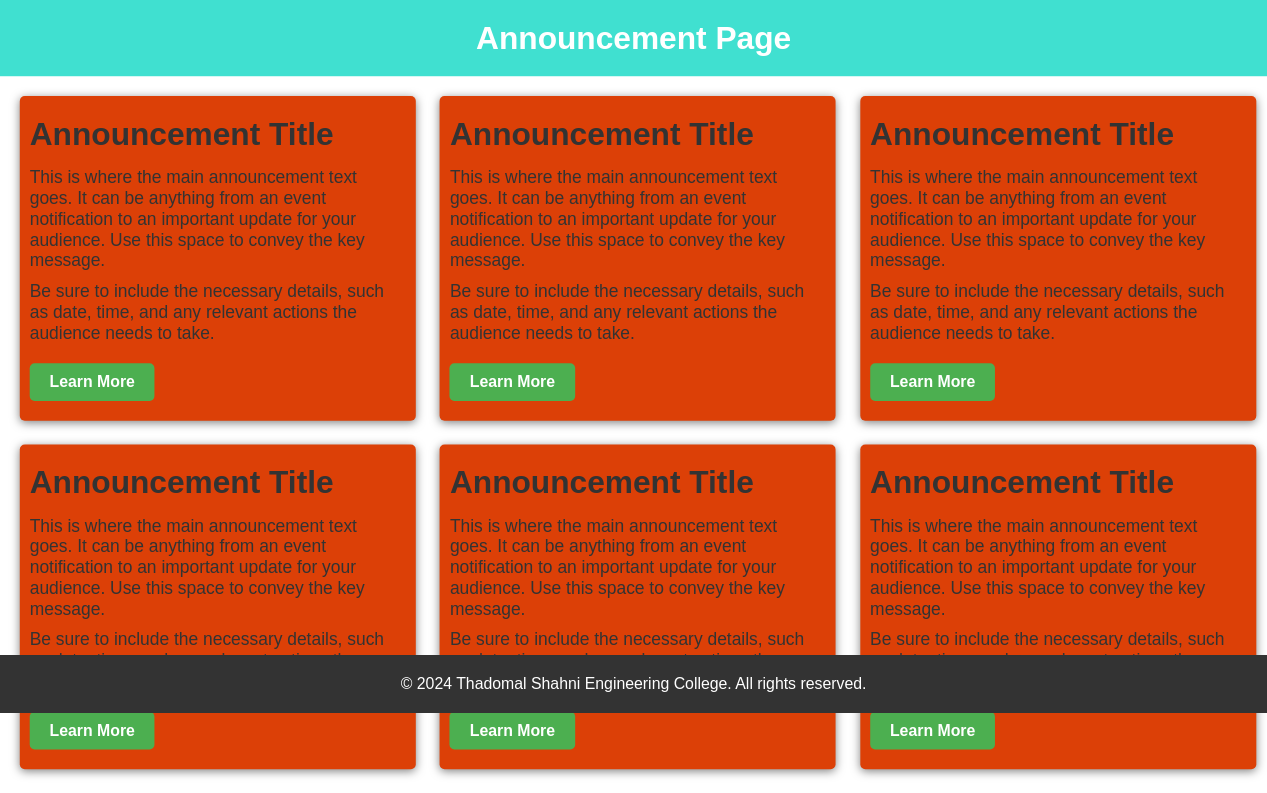
Repository: TejasS1233/MINITHON-hackathon-project
Page: annoucementpage.html
An editor plug-in stored every save of this project. The page is shown before and after the next save, followed by the edit.
The browser window is 1280 px wide. The pictures show the whole page, at 99% of full size.

Above is the page before, as saved 2024-09-20 09:16:27.

After the next save:
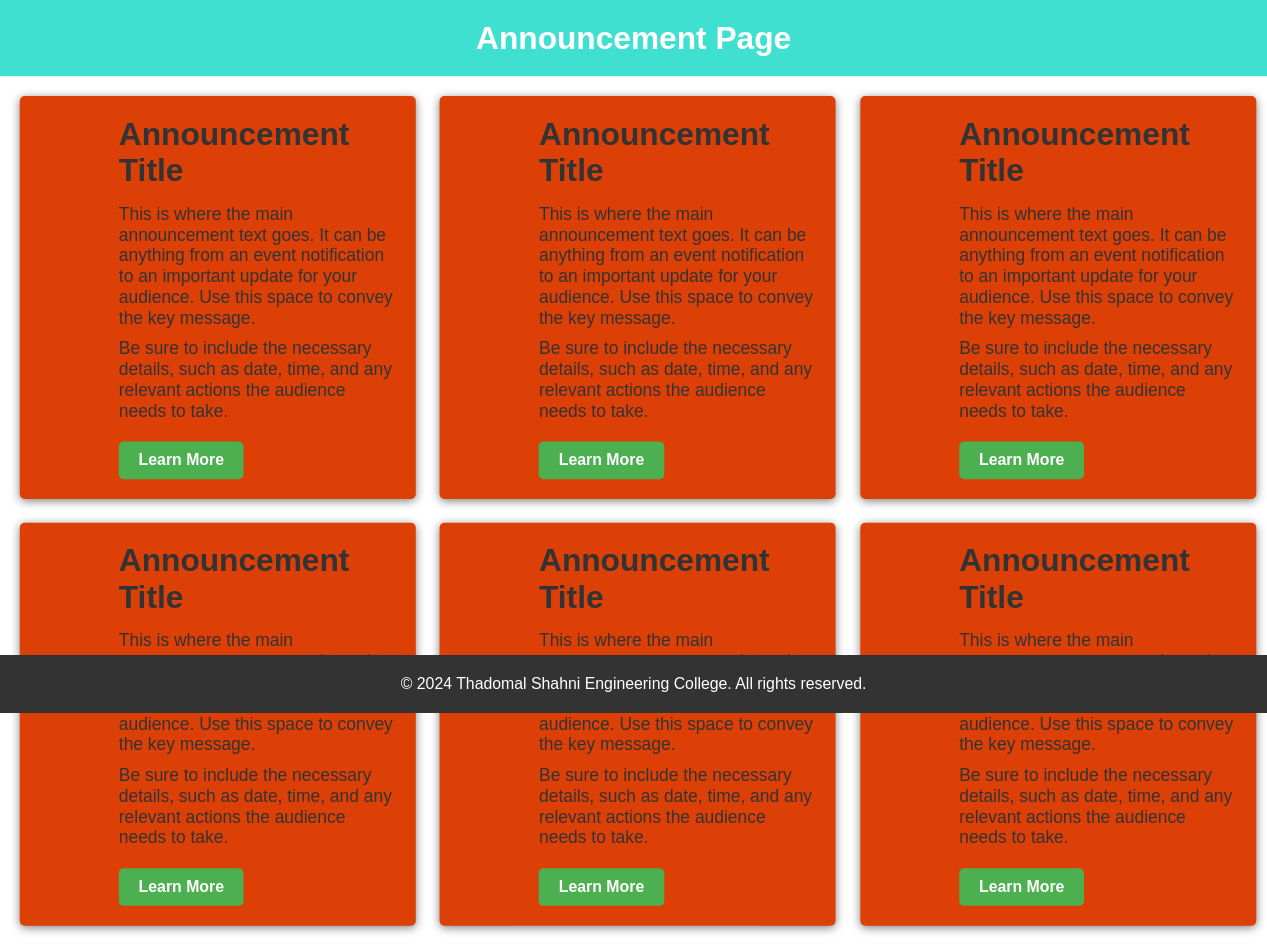
Saved 5 s later.
--- a/styles.css
+++ b/styles.css
@@ -30,7 +30,7 @@ body {
     display: inline-block;
     position: relative;
     overflow: hidden;
-    padding-left: 10px;
+    padding-left: 100px;
 }
 
 .announcement h2 {
